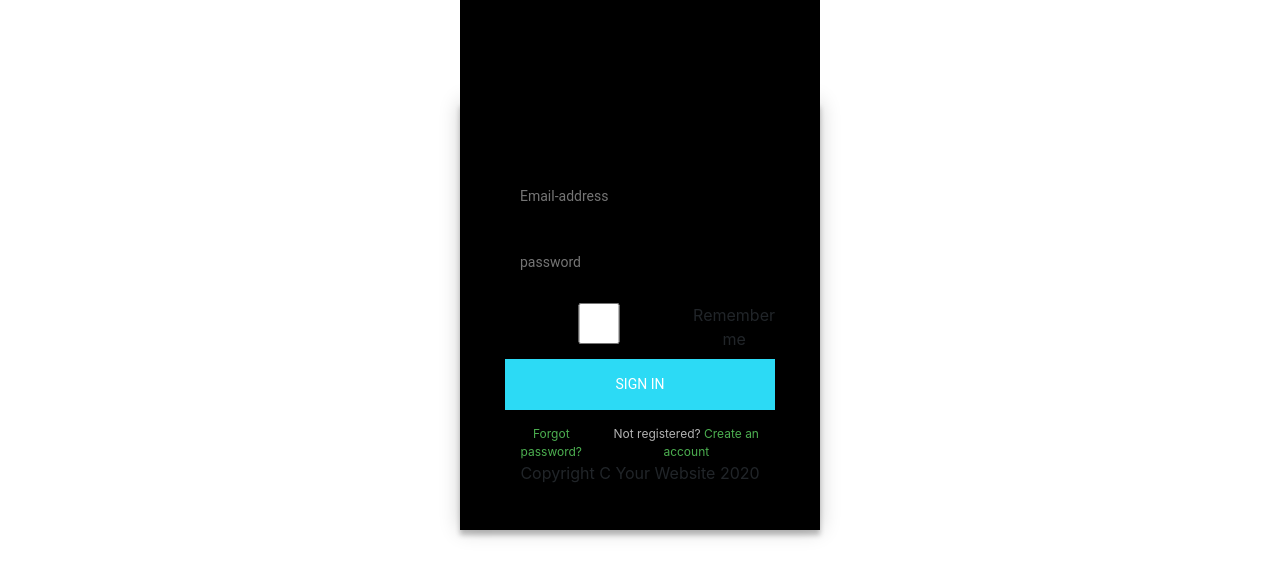
Repository: andbilous/cursor-styled-components
Page: /sign-in
An editor plug-in stored every save of this project. The page is shown before and after the next save, followed by the edit.
The browser window is 1280 px wide. The pictures show the whole page.
The project was rebuilt for these pictures with package versions that can differ from the ones it lists, and the page was loaded fresh each time. Also part of the build but not shown: src/App.css, src/components/SignUpForm.jsx.

Above is the page before, as saved 2020-04-19 13:55:38.

### src/App.js
import React from 'react';
import {
  BrowserRouter as Router,
  Switch,
  Route,
  Link
} from "react-router-dom";
import './App.css';
import SignInForm from './components/SignInForm';
import SignUpForm from './components/SignUpForm';

function App() {
  return (
   <Router>
      <Switch>
          <Route exact path="/sign-in">
            <SignInForm />
          </Route>
          <Route path="/sign-up">
            <SignUpForm />
          </Route>
        </Switch>
   </Router>
  );
}

export default App;

### src/components/SignInForm.jsx
import React from 'react';
import styled from "styled-components";

const SignInFormStyles=styled.div`
.login-page {
  width: 360px;
  padding: 8% 0 0;
  margin: auto;
  background: #000;
}
.form {
  position: relative;
  z-index: 1;
  max-width: 360px;
  margin: 0 auto 100px;
  padding: 45px;
  text-align: center;
  box-shadow: 0 0 20px 0 rgba(0, 0, 0, 0.2), 0 5px 5px 0 rgba(0, 0, 0, 0.24);
}
.form input {
  font-family: "Roboto", sans-serif;
  outline: 0;
  border: 1px solid #fff;
  background:transparent;
  width: 100%;
  border: 0;
  margin: 0 0 15px;
  padding: 15px;
  box-sizing: border-box;
  font-size: 14px;
}
.form button {
  font-family: "Roboto", sans-serif;
  text-transform: uppercase;
  outline: 0;
  background: #2cdaf5;
  width: 100%;
  border: 0;
  padding: 15px;
  color: #FFFFFF;
  font-size: 14px;
  -webkit-transition: all 0.3 ease;
  transition: all 0.3 ease;
  cursor: pointer;
}
.form button:hover,.form button:active,.form button:focus {
  background: #43A047;
}
.form .message {
  margin: 15px 0 0;
  color: #b3b3b3;
  font-size: 12px;
}
.form .message a {
  color: #4CAF50;
  text-decoration: none;
}
.container {
  position: relative;
  z-index: 1;
  max-width: 300px;
  margin: 0 auto;
}
.container:before, .container:after {
  content: "";
  display: block;
  clear: both;
}
.container .info {
  margin: 50px auto;
  text-align: center;
}
.container .info h1 {
  margin: 0 0 15px;
  padding: 0;
  font-size: 36px;
  font-weight: 300;
  color: #1a1a1a;
}
.container .info span {
  color: #4d4d4d;
  font-size: 12px;
}
.container .info span a {
  color: #000000;
  text-decoration: none;
}
.container .info span .fa {
  color: #EF3B3A;
}
body {
  background: #76b852; /* fallback for old browsers */
  background: -webkit-linear-gradient(right, #76b852, #8DC26F);
  background: -moz-linear-gradient(right, #76b852, #8DC26F);
  background: -o-linear-gradient(right, #76b852, #8DC26F);
  background: linear-gradient(to left, #76b852, #8DC26F);
  font-family: "Roboto", sans-serif;
  -webkit-font-smoothing: antialiased;
  -moz-osx-font-smoothing: grayscale;
}
.links{
  display:flex
}
`


const SignInForm =() =>{
  return (
    <SignInFormStyles>
<div class="login-page">
  <div class="form">
    <img></img>
    <form class="login-form">
    <input type="text" placeholder="Email-address"/>
      <input type="password" placeholder="password"/>
      <div class='links'><input type="checkbox"/><label>Remember me</label></div>
     <button>Sign In</button>
     <div class='links'>
     <p class="message"><a href="#">Forgot password?</a></p>
       <p class="message">Not registered? <a href="#">Create an account</a></p>
       </div>
       <footer>
       <span>Copyright C Your Website 2020</span>
       </footer>

    </form>
  </div>
</div>
    </SignInFormStyles>

  )
}


export default  SignInForm;

Loaded but not shown: public/index.html (common file); src/index.js (common file); src/index.css (common file); src/serviceWorker.js (common file)

After the next save:
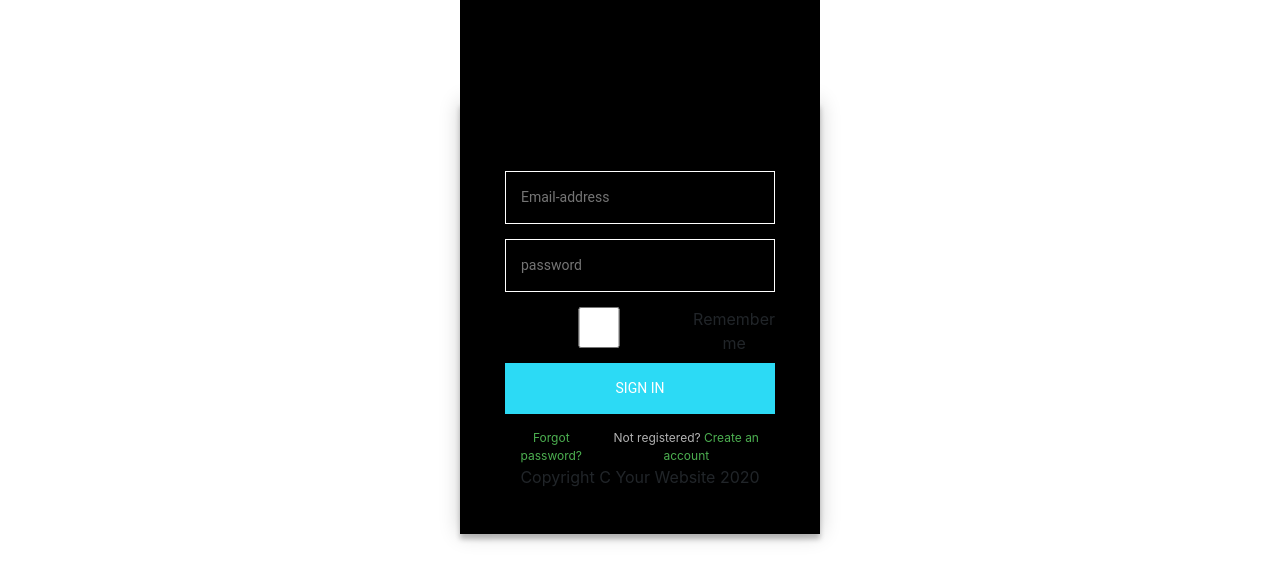
Saved 15 s later.
--- a/src/components/SignInForm.jsx
+++ b/src/components/SignInForm.jsx
@@ -23,7 +23,6 @@ const SignInFormStyles=styled.div`
   border: 1px solid #fff;
   background:transparent;
   width: 100%;
-  border: 0;
   margin: 0 0 15px;
   padding: 15px;
   box-sizing: border-box;
